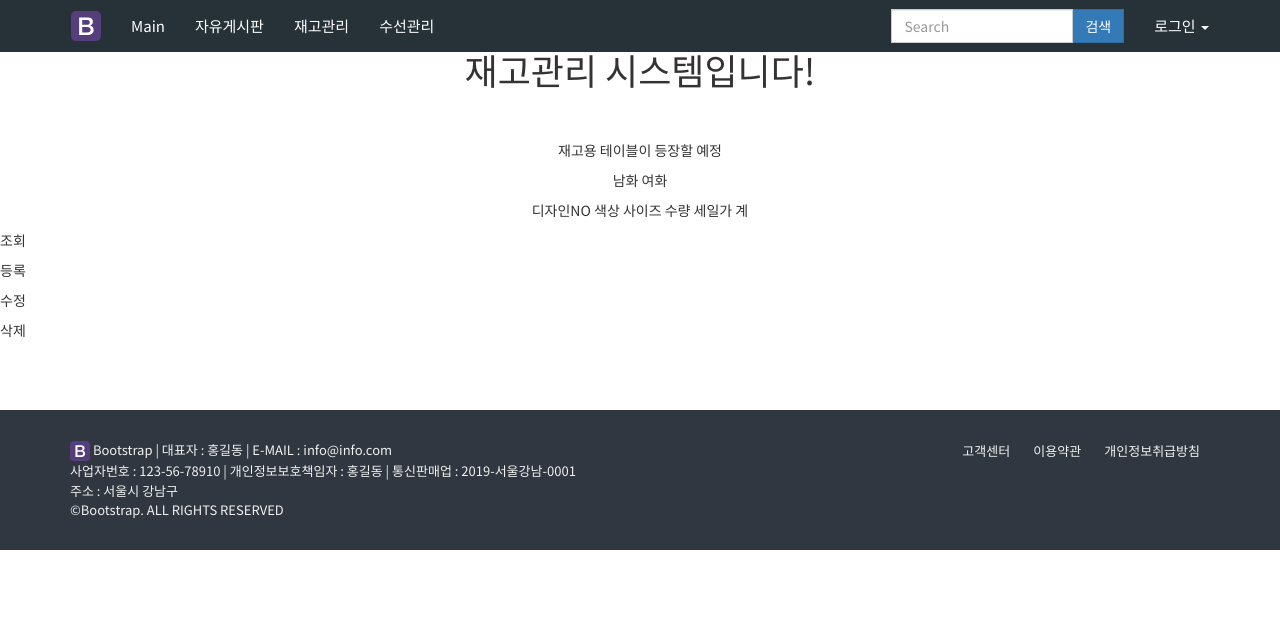
Repository: RattenLegs/Project_Inventory
Page: http://localhost/Project_Inventory/WEB-INF/views/inventoryboard/inventoryList.jsp
An editor plug-in stored every save of this project. The page is shown before and after the next save, followed by the edit.
The browser window is 1280 px wide. The pictures show the whole page.
Some web libraries are served in a nearby version. The page is served by Tomcat 9. Nobody is signed in. Other server files are loaded and not shown. The template is opened directly, without the code that normally fills it, so the values that code supplies are empty.

Above is the page before, as saved 2022-12-04 11:18:46.

### Project_Inventory/src/main/webapp/WEB-INF/views/inventoryboard/inventoryList.jsp
<%@ page language="java" contentType="text/html; charset=UTF-8"
	pageEncoding="UTF-8"%>
<!DOCTYPE html>
<html>
<head>
<meta charset="UTF-8">

<title>재고관리 시스템입니다.</title>
<%@ include file="../../views/include/header.jsp"%>

</head>
<body>
	<section>
		<div style="text-align: center">
			<h1>재고관리 시스템입니다!</h1>
		</div>
	</section>
	<section>
		<div style="text-align: center">
			<p>재고용 테이블이 등장할 예정</p>
			<p>남화 여화</p>
			<p>디자인NO 색상 사이즈 수량 세일가 계</p>
		</div>

		<div>
			<p>조회</p>
			<p>등록</p>
			<p>수정</p>
			<p>삭제</p>
		</div>
	</section>
	<%@ include file="../../views/include/footer.jsp"%>
</body>

</html>

### Project_Inventory/src/main/webapp/WEB-INF/views/include/header.jsp
<%@ page language="java" contentType="text/html; charset=UTF-8"
    pageEncoding="UTF-8"%>
<%@ taglib uri="http://java.sun.com/jsp/jstl/core" prefix="c" %>

<!DOCTYPE html>
<html>
<head>

    <meta charset="utf-8">
    <meta http-equiv="X-UA-Compatible" content="IE=edge">
    <meta name="viewport" content="width=device-width, initial-scale=1">
    <title>인덱스를 만들어 보자</title>

	<!--
		${pageContext.request.contextPath} == <c:url value='' />
	 -->

    <link href="${pageContext.request.contextPath}/resources/css/bootstrap.css" rel="stylesheet">
    <script src="https://ajax.googleapis.com/ajax/libs/jquery/1.11.2/jquery.min.js"></script>
    <!--개인 디자인 추가-->
    <link href="${pageContext.request.contextPath}/resources/css/style.css" rel="stylesheet">
    <script src="${pageContext.request.contextPath}/resources/js/bootstrap.js"></script>
</head>
<body>
	<header>
        <div class="container-fluid">
            <div class="row">
                <div class="container">
                    <div class="navbar">
                        <div class="navbar-header">
                            <!--data-toggle 같은 것들은 내부적으로 지원하는 반응형 API기능이므로 지우면 안됩니다-->
                            <button type="button" class="navbar-toggle" data-toggle="collapse" data-target="#myNavbar">
                                <span class="icon-bar"></span>
                                <span class="icon-bar"></span>
                                <span class="icon-bar"></span>
                            </button>
                            <a class="navbar-brand" href="#"><img width="30" src="${pageContext.request.contextPath }/resources/img/logo.svg" alt="Brand"></a>
                        </div>


                        <div class="collapse navbar-collapse" id="myNavbar">
                            <ul class="nav navbar-nav">
                                <li class="active"><a href="<c:url value='/' />">Main</a></li>
                                <li><a href="<c:url value='/freeboard/freeboard' />">자유게시판</a></li>
                                <li><a href="<c:url value='/inventoryboard/inventoryList' />">재고관리</a></li>
                                <li><a href="<c:url value='/repairboard/repairList' />">수선관리</a></li>
                                <!--
				<li><a href="#">강의</a></li>
                                <li><a href="#">Form</a></li>
                                <li><a href="#">Board</a></li>
 				-->

                            </ul>
                            <ul class="nav navbar-nav navbar-right">
                                <li class="dropdown">
                                    <a class="dropdown-toggle" data-toggle="dropdown" href="#">로그인
                                        <span class="caret"></span></a>
                                    <ul class="dropdown-menu">
                                        <li><a href="<c:url value='/user/userJoin' />"><span class="glyphicon glyphicon-user"></span>Join</a></li>
                                        <li><a href="#"><span class="glyphicon glyphicon-log-in"></span>Login</a></li>
                                        <li><a href="#"><span class="glyphicon glyphicon-user"></span>MyPage</a></li>
                                        <li><a href="#"><span class="glyphicon glyphicon-log-out"></span>Logout</a></li>
                                    </ul>
                                </li>
                            </ul>

                            <form class="navbar-form navbar-right" action="">
                                <div class="input-group">
                                    <input type="text" class="form-control" placeholder="Search">
                                    <div class="input-group-btn">

                                        <button class="btn btn-primary" type="submit">
                                           	 검색
                                        </button>
                                    </div>
                                </div>
                            </form>
                        </div>
                    </div>
                </div>
            </div>
        </div>
    </header>

### Project_Inventory/src/main/webapp/WEB-INF/views/include/footer.jsp
<%@ page language="java" contentType="text/html; charset=UTF-8"
    pageEncoding="UTF-8"%>
    <footer>
        <div class="container">
            <div class="row">
                <div class="col-md-7 col-sm-12">
                    <div class="copyright">
                        <a href="">
                            <img width="20" src="${pageContext.request.contextPath }/resources/img/logo.svg" alt="Brand">
                        </a>
                        Bootstrap | 대표자 : 홍길동 | E-MAIL : info&#64;info.com<br>
                        사업자번호 : 123-56-78910 | 개인정보보호책임자 : 홍길동 | 통신판매업 : 2019-서울강남-0001<br>
                        주소 : 서울시 강남구
                        <address>&copy;Bootstrap. ALL RIGHTS RESERVED</address>
                    </div>
                </div>
                <div class="col-md-5 col-sm-12 text-right">
                    <ul class="footer-menu">
                        <li><a href="#">고객센터</a></li>
                        <li><a href="#">이용약관</a></li>
                        <li><a href="#">개인정보취급방침</a></li>
                    </ul>
                </div>
            </div>
        </div>
    </footer>
    <!-- //footer -->

### Project_Inventory/src/main/webapp/resources/css/style.css
/*=========웹폰트 선언=========*/
@import
	url('https://fonts.googleapis.com/css?family=Noto+Sans+KR&display=swap')
	;
/*===========================*/

/*디자인 시작시 기본 선언*/
* { /* 기본선언: 마딩, 패딩 0, 요소크기에 padding, border값을 포함 x*/
	padding: 0;
	margin: 0;
	box-sizing: border-box;
}

body, html {
	width: 100%;
	min-width: 320px;
	font-family: 'Noto Sans KR', sans-serif; /*웹폰트 사용*/
}

img {
	max-width: 100%; /*사이즈가 변해도 넓이를 유지 */
	height: auto; /*사이즈가 변해도 높이를 유지 */
	/*vertical-align: top;*/
}

input, textarea, button, select {
	/*고유하게 적용되어있는 form관련 요소들을 제거해서 여러브라우저에서 동일한디자인을 얻게함*/
	-webkit-appearance: none;
	-moz-appearance: none;
	appearance: none;
	border: none
}

ul, ol, dl, li {
	list-style: none /*순서 요소들이 리스트스타일을 업앤다 */
}

.btn {
	border-radius: 0px;
}

/*=========헤더=========*/
.carousel-control.right, .carousel-control.left {
	background-image: linear-gradient(to right, rgba(0, 0, 0, .0001) 0%,
		rgba(0, 0, 0, 0) 100%)
}
header {
	position: fixed;
	left: 0;
	top: 0;
	width: 100%;
	z-index: 50; /*position을 이용하면 요소가 겹쳐질 수 있다. 숫자가 제일 높은값이 위로 떠오른다*/
}
header {
	background: #263238;
}

section {
	margin-top: 50px;
}

/*header 의 모든 컨테이너 클래스에 적용함 */
header .container {
	padding: 0;
}
/*navbar의 margin: 0으로 */
.navbar {
	margin-bottom: 0px;
}
/*이미지 위치 조정 */
.navbar-brand {
	padding: 10px 15px;
}
/*nav의 a변경*/
.nav>li>a {
	font-size: 15px;
	color: white;
}
/*na의 a 호버시 기능 변경 */
.nav>li>a:hover, .nav>li>a:focus {
	background-color: #304047;
}

/* 토글메뉴 윤곽색 변경 */
.navbar-toggle {
	border-color: white;
}

.navbar-toggle>.icon-bar {
	background-color: white;
}
/*개발자도구에서 확인후 색깔변경*/
.nav .open>a:focus {
	background-color: #304047;
}
/*부트스트랩의 드롭다운시 a태그 색상변경  */
.dropdown-menu>li>a {
	color: #f5f5f5;
}
/*======슬라이더=======*/
.slide-list {
	padding: 0;
}
/* ===================================
    Footer style
====================================== */
footer {
	margin-top: 70px;
	background-color: #303740;
	padding: 30px 0;
}

footer .copyright {
	font-size: 13px;
	line-height: 20px;
	color: #f1f1f1;
}

footer .copyright address {
	margin-bottom: 0;
}

footer .footer-menu li {
	display: inline-block;
	padding: 0 10px;
}

footer .footer-menu li a {
	display: block;
	color: #f1f1f1;
	font-size: 13px;
}

/*===========본문=========== */
/*섹션전체에 패딩 추가*/
section {
	/*위 60px 나머지 0 */

}

.prod-list, .prod-link {
	border: 1px solid #ddd; /*윤곽 1, 한줄, 색상 */
	display: block; /* 블락요소로 변경 반드시 필요 */
	text-align: center; /*이미지 가운데 정렬*/
	/* position: relative;*/
}
/*기본 부트설정은 좌우 15px임 -> col에 대해 전부 5px로 바꿔버린다*/
.prod-list, .prod-list>li[class*="col-"] {
	padding: 5px;
}

/*호버기능 추가*/
.prod-link:hover {
	border-color: #4285F4;
}

.prod-link>.arrow {
	display: block; /*span은 인라인 요소입니다 인라인요소는 position속성을 사용할수 없습니다*/
	position: absolute;
	/*원래 위치에서 따로 띠어내어 부모위치로 조정한다 width, heigth를 필수로 지정해야한다*/
	left: 15px; /*좌우 위치조정 left, right 중 한개만쓴다*/
	bottom: 15px; /*위아래 위치조정 top, bottom 중한개만 쓴다 */
	width: 36px; /* 넓이값 조정 */
	height: 36px; /* 높이값 조정*/
	line-height: 36px; /*텍스트가 위치에 맞게 높이와 동일하게 설정 */
	background-color: #ccc;
	color: #fff;
	opacity: 1; /*투명도*/
}
/* .hover클래스의 넓이 색상 투명도*/
.prod-link>.hover {
	width: 100px;
	background-color: #4285F4;
	opacity: 0;
}
/*link호버시 arrow클래스를 투명도 0*/
.prod-link:hover>.arrow {
	opacity: 0;
}
/*link호버시 hover클래스를 투명도 1*/
.prod-link:hover>.hover {
	opacity: 1;
}

/*========회원가입 폼 디자인=========*/
/*제목박스(계속사용) */
.titlebox {
	width: 250px;
	text-align: center;
	height: 40px;
	line-height: 40px;
	margin: 70px auto;
	border-top: 1px solid #E1E1E1;
	border-bottom: 1px solid #E1E1E1;
}

.join-form {
	margin: 0 auto;
	/*가운대 정렬방법 하지만 적용되지 않는다. 이유는 col클래스들이 float:left를 들고 있기 때문*/
	float: none; /*플롯을 해제한다. 가운대정렬이 들어간다*/
}
/*조인폼클래스의 form태그의 접근 */
.join-form form {
	border-radius: 8px; /*윤곽 8*/
	padding: 15px; /*모든 패딩 15*/
	/*박스 쉐도우: 그림자가 가로로떨어진간격, 세로로떨어진 간격, 흐릿정도, 그림자색상*/
	box-shadow: 0px 8px 16px rgba(0, 0, 0, 0.15)
}

.input-group-addon {
	padding: 0;
	border: none; /*윤곽 모두 0*/
	border-radius: 0;
}
/*폼컨트롤, 인풋그룹 내부에 모든 버튼 라디우스 0 */
.form-control, .form-group .btn {
	border-radius: 0;
}
/*포커스시 윤곽 색 변경*/
.form-control:focus {
	border-color: #555;
}
/* 핸드폰폼 디자인 */
.input-group .phone1 {
	width: 33.3333%;
}

.input-group .phone2 {
	width: 66.6666%;
}
/*이메일폼 디자인 */
.email-form {
	box-sizing: border-box;
	overflow: hidden;
}

.email-form input {
	width: 33.33%;
	float: left;
}

.email-form select {
	width: 66.66%;
	float: left;
}
/*=========로그인 디자인==========*/
.login-form {
	margin: 0 auto;
	float: none;
}

.login-form form {
	border-radius: 8px; /*윤곽 8*/
	padding: 70px 120px; /*위아래, 좌우*/
	/*박스 쉐도우: 그림자가 가로로떨어진간격, 세로로떨어진 간격, 흐릿정도, 그림자색상*/
	box-shadow: 0px 8px 16px rgba(0, 0, 0, 0.15);
	margin-bottom: 174px; /*화면에 딱맞게 밀어준다*/
}

/*========회원정보 디자인=========*/
.m-control .m-title {
	min-width: 100px; /*화면줄었을때 최소크기*/
	vertical-align: middle; /*가운대 정렬*/
}

.m-control .form-control {
	width: 200px;
	display: inline; /*인라인요소로 변경한다*/
}
/*개발자 도구에서 input-sm의 정렬을 푼다*/
.m-control .input-sm {
	height: auto;
	line-height: normal;
}
/*sel의 크기만 지정*/
.m-control  .sel {
	width: 80px;
}

.m-control .add {
	width: 400px;
}

.titlefoot {
	text-align: center; /*인라인의 텍스트정렬 가운데*/
	margin: 30px auto; /*박스의 가운데정렬*/
	width: 50%; /*크기 50%*/
}

/*==========자게 디자인==========*/
.titlebox {
	width: 250px;
	text-align: center;
	height: 40px;
	line-height: 40px;
	margin: 70px auto;
	border-top: 1px solid #E1E1E1;
	border-bottom: 1px solid #E1E1E1;
}
/*자게 그리드*/
.board-table {
	float: none; /*col의 플로팅 해제 */
	margin: 0 auto;
}
/*---검색버튼--- */
.search-wrap {
	overflow: hidden; /*부모요소에 히든 */
	margin-bottom: 20px;
}

.search-btn, .search-input, .search-select {
	float: right; /*우측 플로팅 */
}

.search-input {
	width: 140px;
}

.search-select {
	width: 80px;
}

/*제목에 클래스를 줘서 강제로 크기 고정*/
.board-title {
	width: 300px;
}
/*th의 순차적 접근 색상변경 */
.table-bordered>thead>tr>th {
	background-color: #E7F2F9;
	color: #003366;
}

/*테이블 안에 a태그에 순차적 접근 */
.table-bordered>tbody>tr>td>a, .table-bordered>tbody>tr>td>a:hover {
	color: black;
}

.pagination {
	margin: 0; /*페이지 네이션의 기본 마진 0*/
}

.text-center .btn {
	float: right; /*오른쪽으로 쌓아서 우측정렬 시킨다*/
	border: 0; /*border스타일 해제*/
	border-radius: 0; /*윤곽 0*/
	padding: 5px 10px; /*버튼 패딩을 페이지네이션과 맞춘다*/
}

/*==========자게 글쓰기==========*/
.titlebox {
	width: 250px;
	text-align: center;
	height: 40px;
	line-height: 40px;
	margin: 70px auto;
	border-top: 1px solid #E1E1E1;
	border-bottom: 1px solid #E1E1E1;
}

.t-control .t-title {
	width: 100px;
	min-width: 100px; /*화면줄었을때 최소크기*/
	vertical-align: middle; /*테이블에서 세로 가운대정렬*/
}

/*input 요소의 넓이만 선택*/
.t-control input {
	width: 200px;
	display: inline; /*인라인요소로 변경한다*/
}

/*개발자 도구에서 input-sm의 정렬을 푼다*/
.t-control .input-sm {
	height: auto;
	line-height: normal;
}
/*td의 아래만 밑줄*/
.t-control td {
	border-bottom: 1px solid #E1E1E1;
}

.titlefoot {
	text-align: center;
	margin: 30px auto; /*박스의 가운데정렬*/
	width: 50%; /*크기 50%*/
}
/*==========자게 상세보기==========*/
.write-wrap {
	margin: 0 auto;
	/*가운대 정렬방법 하지만 적용되지 않는다. 이유는 col클래스들이 float:left를 들고 있기 때문*/
	float: none; /*플롯을 해제한다. 가운대정렬이 들어간다*/
}
/*=======댓글========*/
.reply-wrap {
	background-color: #f5f5f5;
	padding: 15px;
	border: 1px solid #ddd;
	position: relative; /*부모에 relative*/
}

.reply-wrap .reply-image {
	position: absolute; /*자식에서 absolute로 부모요소 위치로 조정*/
	left: 15px;
	top: 15px;
}

.reply-wrap .reply-content {
	padding-left: 60px;
}
/*부트스트랩의 form-control 조정 */
.reply-content>.form-control {
	resize: vertical; /*세로로만 조정가능*/
	width: 100%; /*최대 100%*/
	min-height: 80px; /*최대 넓이*/
	margin-bottom: 10px;
}

.reply-input>.form-control {
	width: 200px;
	margin-bottom: 5px;
}

.reply-group {
	overflow: hidden;
}

.reply-input {
	float: left;
}

.reply-group .right {
	float: right;
}

/*댓글 영역*/
.reply-group small {
	margin-left: 10px;
	height: 20px;
	line-height: 20px;
}

.reply-group small, .reply-group strong {
	float: left;
}

.reply-group a {
	text-decoration: none;
	color: #777;
	float: right;
}
/*댓글창 포커스시 서서히 보이기 */
.reply-content textarea {
	height: 50px;
	transition: height .4s ease-in-out;
}

.reply-content textarea:focus {
	height: 150px;
}
/*==========토글탭 mypage==========*/
.tabs-style {
	background-color: #607D8B;
}
/*탭버튼 아래 마진 50*/
.tabs-style {
	margin-bottom: 50px;
}

.tabs-style>li {
	margin-bottom: 0;
}

.tabs-style li a {
	background-color: #607D8B;
	border: none;
	margin: 0;
	border-radius: 0px;
}

.tabs-style li.active a, .tabs-style li.active a:hover, .tabs-style li.active a:focus
	{
	border: none;
	background-color: #56707D;
	color: #fff;
}

.myInfo {
	margin: 0 auto;
	float: none;
}

.myInfo-inner {
	margin: 0;
	float: none;
}

/*==========mypage check==========*/
.infoCheck {
	margin: 0 auto;
	float: none;
}

.infoCheck-form ul {
	width: 270px;
	margin: 0 auto;
}

.infoCheck-form li {
	position: relative;
	padding-left: 95px;
}

.infoCheck-form li .lab {
	font-size: 20px;
	position: absolute;
	top: 0;
	left: 0;
}

.infoCheck-form input {
	width: 170px;
	margin: 0;
}

.infoCheck .alert {
	margin-bottom: 50px;
	border-radius: 0;
}

.infoCheck-btn {
	width: 270px;
	margin-top: 40px;
	margin: 0 auto;
}

.infoCheck-btn button {
	margin-top: 20px;
	padding: 5px 51.5px;
}

### Project_Inventory/src/main/webapp/resources/img/logo.svg
<svg xmlns="http://www.w3.org/2000/svg" viewBox="0 0 612 612" focusable="false" role="img">
  <title>Bootstrap</title>
  <path fill="#563D7C" d="M612 510c0 56.1-45.9 102-102 102H102C45.9 612 0 566.1 0 510V102C0 45.9 45.9 0 102 0h408c56.1 0 102 45.9 102 102v408z"/>
  <path fill="#FFF" d="M166.3 133h173.5c32 0 57.7 7.3 77 22s29 36.8 29 66.5c0 18-4.4 33.4-13.2 46.2-8.8 12.8-21.4 22.8-37.8 29.8v1c22 4.7 38.7 15.1 50 31.2 11.3 16.2 17 36.4 17 60.8 0 14-2.5 27.1-7.5 39.2-5 12.2-12.8 22.7-23.5 31.5s-24.3 15.8-41 21-36.5 7.8-59.5 7.8h-164V133zm62.5 149.5h102c15 0 27.5-4.2 37.5-12.8s15-20.8 15-36.8c0-18-4.5-30.7-13.5-38s-22-11-39-11h-102v98.6zm0 156.5h110.5c19 0 33.8-4.9 44.2-14.8 10.5-9.8 15.8-23.8 15.8-41.8 0-17.7-5.2-31.2-15.8-40.8s-25.2-14.2-44.2-14.2H228.8V439z"/>
</svg>

Loaded but not shown: Project_Inventory/src/main/webapp/resources/css/bootstrap.css (library); Project_Inventory/src/main/webapp/resources/js/bootstrap.js (library)

After the next save:
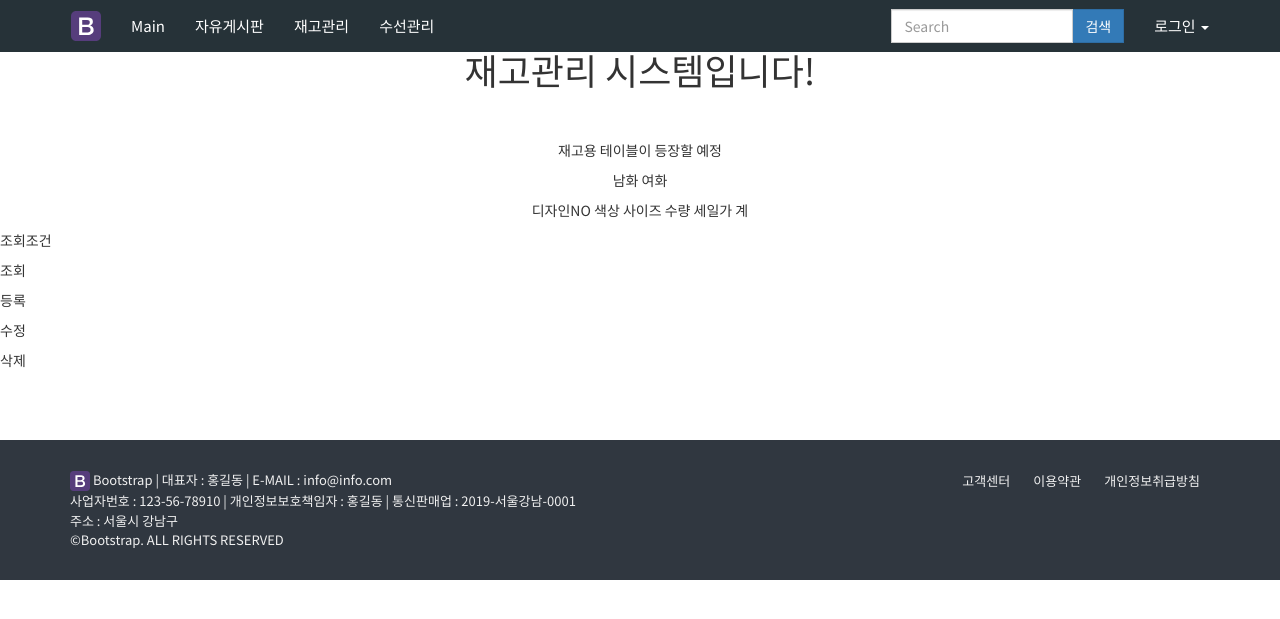
Saved 27 s later.
--- a/Project_Inventory/src/main/webapp/WEB-INF/views/inventoryboard/inventoryList.jsp
+++ b/Project_Inventory/src/main/webapp/WEB-INF/views/inventoryboard/inventoryList.jsp
@@ -23,6 +23,7 @@
 		</div>
 
 		<div>
+			<p>조회조건</p>
 			<p>조회</p>
 			<p>등록</p>
 			<p>수정</p>
